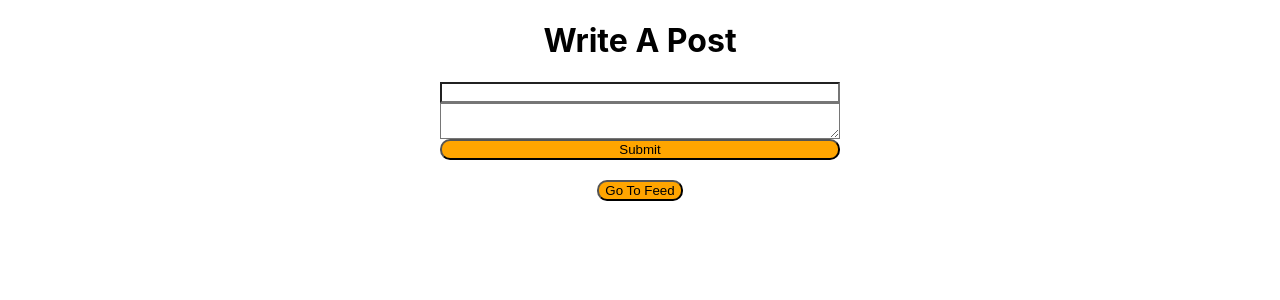
Repository: shaelorch/comp-week4
Page: /addPosts
The author's editor kept a copy of each file at every save. The page is drawn from the files as they stood at one save, then again after the next save.
The browser window is 1280 px wide. The pictures show the whole page.
The project was rebuilt for these pictures with package versions that can differ from the ones it lists, and the page was loaded fresh each time. The framework's server and built-in components were replaced by stand-ins that run in the browser. Also part of the build but not shown: next.config.js.

Above is the page before, as saved 2023-01-31 23:10:06.

After the next save:
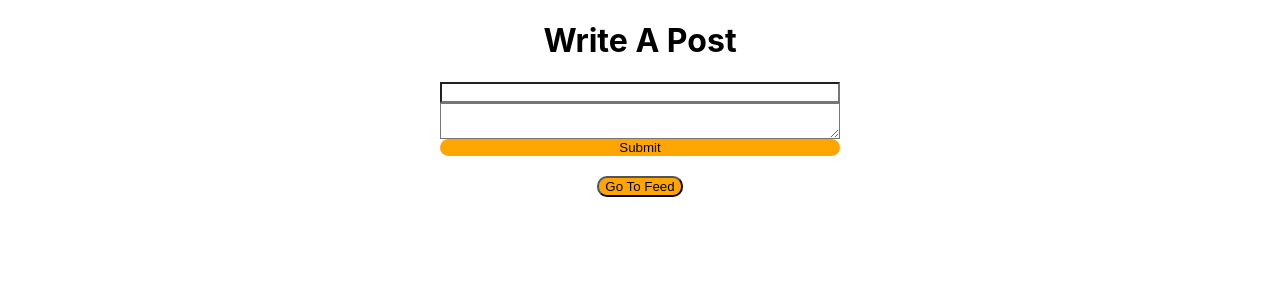
Saved 12 s later.
--- a/pages/addPosts.js
+++ b/pages/addPosts.js
@@ -20,7 +20,7 @@ export default function Home({posts}) {
           <textarea style={{backgroundColor:'white'}} value={content} onChange={(e) => setContent(e.target.value)} />
 
 
-            <button style={{backgroundColor:'orange', borderRadius:10}} type="submit">Submit</button>
+            <button style={{backgroundColor:'orange', borderRadius:10, border:'transparent'}} type="submit">Submit</button>
         </form>
         <a href='/'>
             <button style={{display:'flex', marginTop:20, backgroundColor:'orange', borderRadius:10}}>Go To Feed</button>
